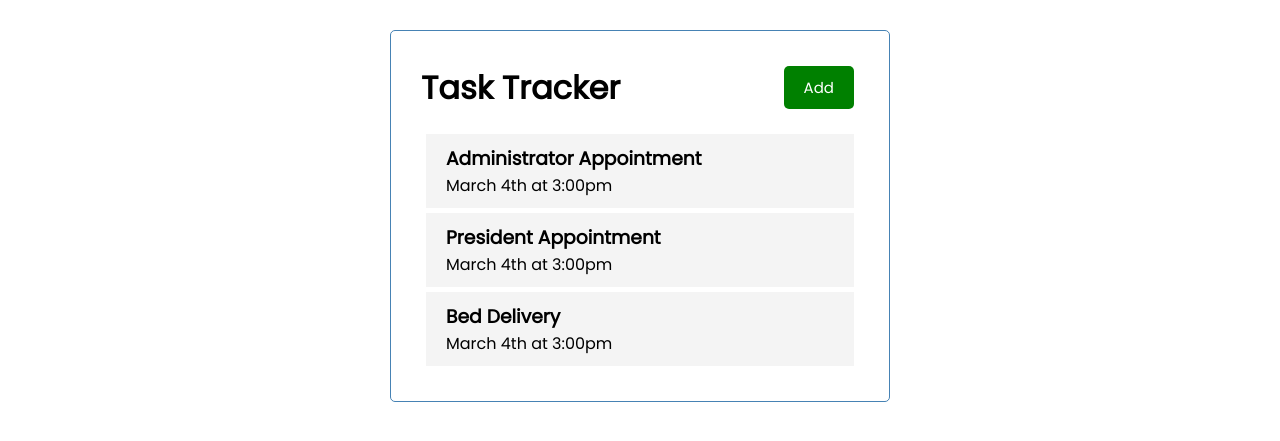
Repository: biggie-pti/task-tracker-react-app
Page: /
The author's editor kept a copy of each file at every save. The page is drawn from the files as they stood at one save, then again after the next save.
The browser window is 1280 px wide. The pictures show the whole page.
The project was rebuilt for these pictures with package versions that can differ from the ones it lists, and the page was loaded fresh each time.

Above is the page before, as saved 2022-02-20 15:40:21.

### public/index.html
<!DOCTYPE html>
<html lang="en">
  <head>
    <meta charset="utf-8" />
    <link rel="icon" href="%PUBLIC_URL%/favicon.ico" />
    <meta name="viewport" content="width=device-width, initial-scale=1" />
    <meta name="theme-color" content="#000000" />
    <meta
      name="description"
      content="Web site created using create-react-app"
    />
    <link rel="apple-touch-icon" href="%PUBLIC_URL%/logo192.png" />

    <link rel="manifest" href="%PUBLIC_URL%/manifest.json" />

    <title>Task Tracker</title>
  </head>
  <body>
    <noscript>You need to enable JavaScript to run this app.</noscript>
    <div id="root"></div>

  </body>
</html>

### src/App.js
import Header from "./components/Header";
import Tasks from "./components/Tasks";
import { useState } from "react"
function App() {

  const [tasks, setTasks]= useState(

    [
        {
            id: 1,
            text: 'Administrator Appointment',
            day: 'March 4th at 3:00pm',
            reminder: true,
        },
        {
            id: 2,
            text: 'President Appointment',
            day: 'March 4th at 3:00pm',
            reminder: true,
        },
        {
            id: 3,
            text: 'Bed Delivery',
            day: 'March 4th at 3:00pm',
            reminder: true,
        },
    ]
)

  return (
    <div className="container">
    <Header />
    <Tasks tasks={tasks}/>
    </div>
  );
}

export default App;

### src/components/Header.js
import PropTypes from 'prop-types'
import Button from './Button'
const Header = ({title}) => {
    const onClick=()=>{
console.log('Click')
    }
  return (
    <header className='header'>
        <h1>

        {title}
        </h1>
       <Button color='green' text='Add' onClick={onClick}/>
        </header>
  )
}
Header.defaultProps={
    title: 'Task Tracker',
}

Header.propTypes={
    title: PropTypes.string,
}

//CSS in JS
// const headingStyle={
//     color:'red',
//     backgroundColor:'black',
// }

export default Header

### src/components/Tasks.js

import Task from "./Task"
const Tasks = ({tasks}) => {

  return (
    <>
{tasks.map((task)=>(
    <Task key={task.id} task={task} />
)


)}

    </>
  )
}

export default Tasks

### src/components/Button.js

import PropTypes from 'prop-types'

const Button = ({color,text, onClick}) => {


  return (
   <button

   onClick={onClick}
   style={{backgroundColor: color}}
    className='btn'>{text}

    </button>
  )
}
Button.defaultProps={
    color: 'steelblue',
}
Button.protoTypes={
    text: PropTypes.string,
    color: PropTypes.string,
    onClick: PropTypes.func,
}

export default Button

### src/components/Task.js


const Task = ({task}) => {
  return (
    <div className='task'>
        <h3>{task.text}</h3>
        <p>{task.day}</p>

    </div>
  )
}

export default Task

Loaded but not shown: src/index.js (common file); src/index.css (common file); src/reportWebVitals.js (common file)

After the next save:
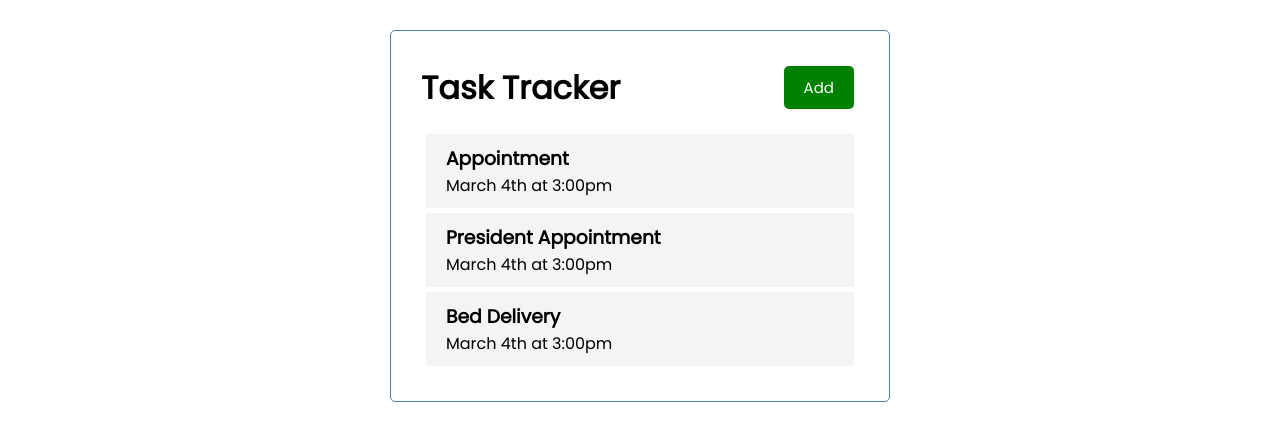
Saved 46 s later.
--- a/src/App.js
+++ b/src/App.js
@@ -8,7 +8,7 @@ function App() {
     [
         {
             id: 1,
-            text: 'Administrator Appointment',
+            text: ' Appointment',
             day: 'March 4th at 3:00pm',
             reminder: true,
         },
